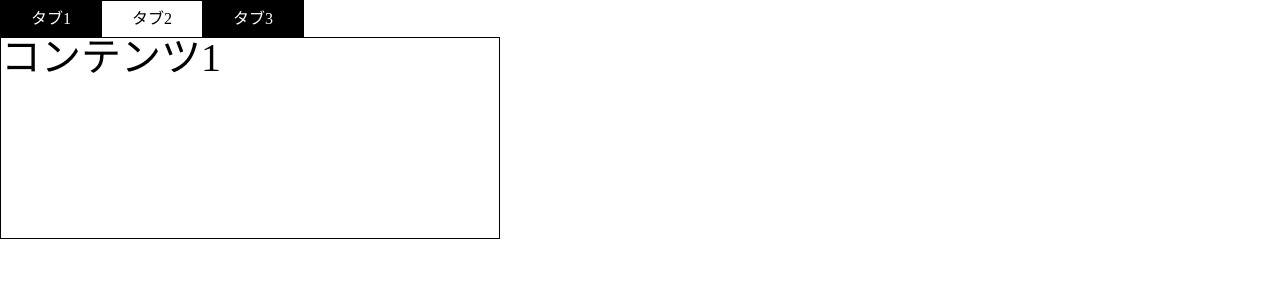
Repository: masanarimiura/20220617_miura
Page: index.html
An editor plug-in stored every save of this project. The page is shown before and after the next save, followed by the edit.
The browser window is 1280 px wide. The pictures show the whole page.

Above is the page before, as saved 2022-06-17 17:50:00.

### index.html
<!DOCTYPE html>
<html lang="ja">

<head>
  <meta charset="UTF-8">
  <meta http-equiv="X-UA-Compatible" content="IE=edge">
  <meta name="viewport" content="width=device-width, initial-scale=1.0">
  <title>Document</title>
  <script src="https://cdn.jsdelivr.net/npm/vue@2/dist/vue.js"></script>
  <style>
    html,
    body,
    div,
    span,
    object,
    iframe,
    h1,
    h2,
    h3,
    h4,
    h5,
    h6,
    p,
    blockquote,
    pre,
    abbr,
    address,
    cite,
    code,
    del,
    dfn,
    em,
    img,
    ins,
    kbd,
    q,
    samp,
    small,
    strong,
    sub,
    sup,
    var,
    b,
    i,
    dl,
    dt,
    dd,
    ol,
    ul,
    li,
    fieldset,
    form,
    label,
    legend,
    table,
    caption,
    tbody,
    tfoot,
    thead,
    tr,
    th,
    td,
    article,
    aside,
    canvas,
    details,
    figcaption,
    figure,
    footer,
    header,
    hgroup,
    menu,
    nav,
    section,
    summary,
    time,
    mark,
    audio,
    video {
      margin: 0;
      padding: 0;
      border: 0;
      outline: 0;
      font-size: 100%;
      vertical-align: baseline;
      background: transparent;
    }

    body {
      line-height: 1;
    }

    article,
    aside,
    details,
    figcaption,
    figure,
    footer,
    header,
    hgroup,
    menu,
    nav,
    section {
      display: block;
    }

    nav ul {
      list-style: none;
    }

    blockquote,
    q {
      quotes: none;
    }

    blockquote:before,
    blockquote:after,
    q:before,
    q:after {
      content: '';
      content: none;
    }

    a {
      margin: 0;
      padding: 0;
      font-size: 100%;
      vertical-align: baseline;
      background: transparent;
    }

    /* change colours to suit your needs */
    ins {
      background-color: #ff9;
      color: #000;
      text-decoration: none;
    }

    /* change colours to suit your needs */
    mark {
      background-color: #ff9;
      color: #000;
      font-style: italic;
      font-weight: bold;
    }

    del {
      text-decoration: line-through;
    }

    abbr[title],
    dfn[title] {
      border-bottom: 1px dotted;
      cursor: help;
    }

    table {
      border-collapse: collapse;
      border-spacing: 0;
    }

    /* change border colour to suit your needs */
    hr {
      display: block;
      height: 1px;
      border: 0;
      border-top: 1px solid #cccccc;
      margin: 1em 0;
      padding: 0;
    }

    input,
    select {
      vertical-align: middle;
    }

    #tab {
      width: 500px;
    }

    .tab-menu {
      display: flex;
    }

    .tabMenuItem {
      text-align: center;
      padding: 10px 0;
      cursor: pointer;
      list-style: none;
      width: 100px;
      border-top: 1px solid #000;
      border-left: 1px solid #000;
      border-right: 1px solid #000;
    }

    .tabMenuItem:not(:first-child) {
      border-left: none;
    }

    .tabMenuItem.active {
      background: #000;
      color: white;
    }

    .tab-content {
      height: 200px;
      border: 1px solid #000;
    }

    .tabContentItem {
      display: none;
      font-size: 40px;
    }

    .tabContentItem.show {
      display: block;
    }
  </style>
</head>

<body>
  <!-- 切り替えタブ -->
  <div id="tab">
    <ul class="tab-menu">
      <li class="tabMenuItem active" v-bind:class="tabContent1" v-on:click="changeClassName1">タブ1</li>
      <li class="tabMenuItem" v-bind:class="tabContent2" v-on:click="changeClassName2">タブ2</li>
      <li class="tabMenuItem" v-bind:class="tabContent3" v-on:click="changeClassName3">タブ3</li>
    </ul>
    <div class="tab-content">
      <div class="tabContentItem show">コンテンツ1</div>
      <div class="tabContentItem">コンテンツ2</div>
      <div class="tabContentItem">コンテンツ3</div>
    </div>
  </div>
  <script>
    const vm = new Vue({
      el: '#tab',
      data() {
        return {
          tabContent1: 'tabMenuItem',
          tabContent2: 'tabMenuItem',
          tabContent3: 'tabMenuItem active',
        }
      },
      methods: {
        changeClassName1() {
          this.tabMenuItem = 'tabMenuItem active';
          this.tabContentItem = 'tabContentItem active';
        }
      }
    });
  </script>
</body>

</html>

After the next save:
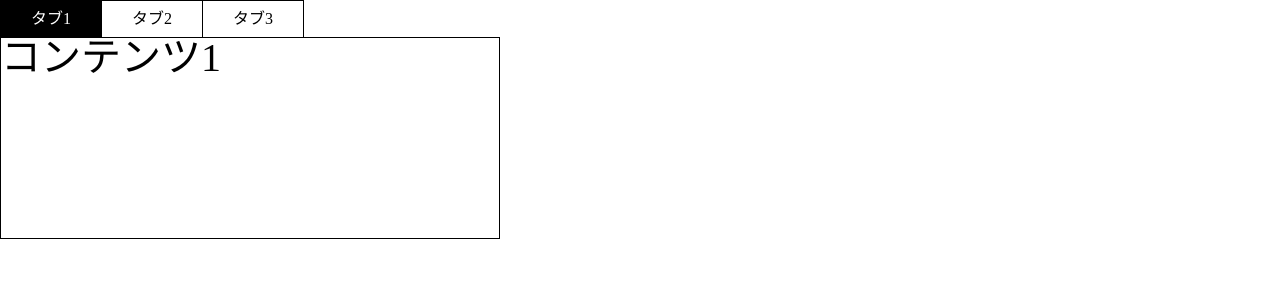
Saved 5 s later.
--- a/index.html
+++ b/index.html
@@ -239,7 +239,7 @@
         return {
           tabContent1: 'tabMenuItem',
           tabContent2: 'tabMenuItem',
-          tabContent3: 'tabMenuItem active',
+          tabContent3: 'tabMenuItem',
         }
       },
       methods: {
